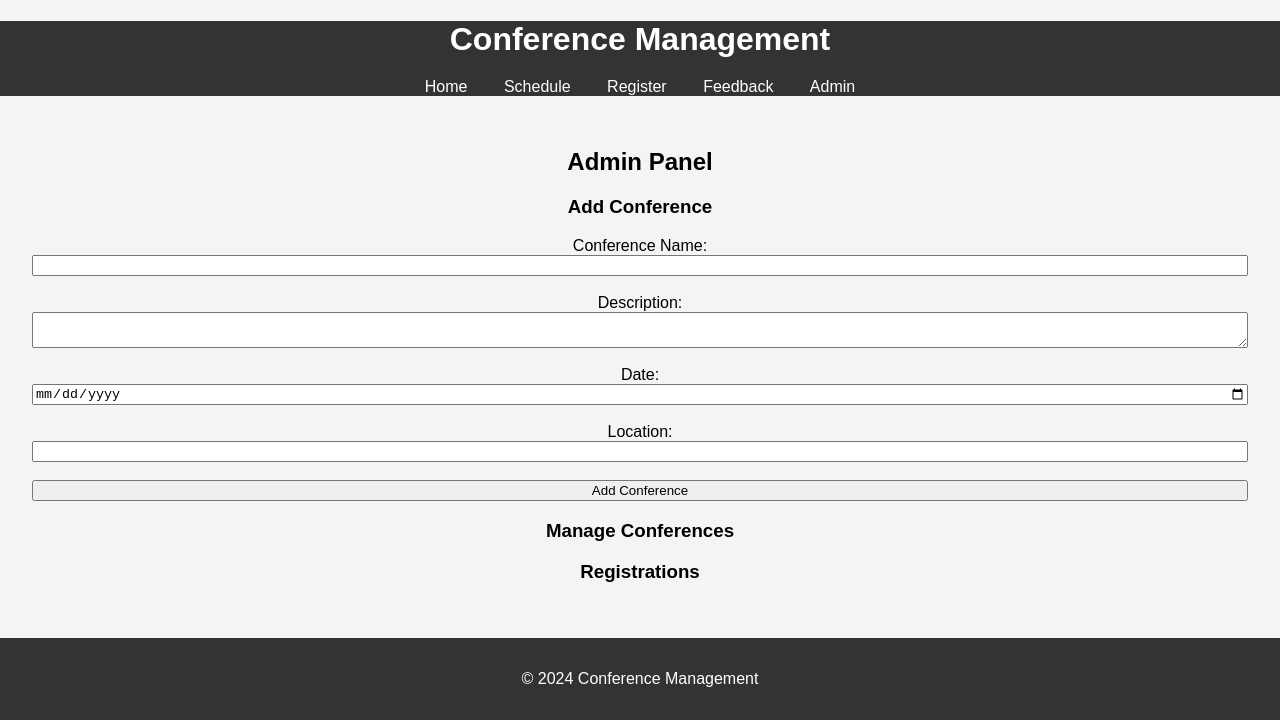
Repository: AMIT1439027/conferenceapp
Page: http://localhost/admin/admin.php
The author's editor kept a copy of each file at every save. The page is drawn from the files as they stood at one save, then again after the next save.
The browser window is 1280 px wide. The pictures show the whole page.
The page is run by PHP 8.4 with error messages shown; the project is at /var/www/html/. Queries for data that is not in the repository find no rows.

Above is the page before, as saved 2024-05-29 14:30:26.

### admin/admin.php
<?php
include 'db_connect.php';

// Handle new conference addition
if ($_SERVER["REQUEST_METHOD"] == "POST" && isset($_POST['add_conference'])) {
    $name = $_POST['name'];
    $description = $_POST['description'];
    $date = $_POST['date'];
    $location = $_POST['location'];

    $stmt = $pdo->prepare("INSERT INTO conferences (name, description, date, location) VALUES (?, ?, ?, ?)");
    $stmt->execute([$name, $description, $date, $location]);

    echo "Conference added successfully!";
}

// Handle conference updates
if ($_SERVER["REQUEST_METHOD"] == "POST" && isset($_POST['update_conference'])) {
    $id = $_POST['id'];
    $name = $_POST['name'];
    $description = $_POST['description'];
    $date = $_POST['date'];
    $location = $_POST['location'];

    $stmt = $pdo->prepare("UPDATE conferences SET name = ?, description = ?, date = ?, location = ? WHERE id = ?");
    $stmt->execute([$name, $description, $date, $location, $id]);

    echo "Conference updated successfully!";
}

// Fetch all conferences
$stmt = $pdo->query("SELECT * FROM conferences");
$conferences = $stmt->fetchAll();

// Fetch all registrations
$stmt_registrations = $pdo->query("
    SELECT r.id, u.username, c.name AS conference_name, r.feedback
    FROM registrations r
    JOIN users u ON r.user_id = u.id
    JOIN conferences c ON r.conference_id = c.id
");
$registrations = $stmt_registrations->fetchAll();
?>

<!DOCTYPE html>
<html lang="en">
<head>
    <meta charset="UTF-8">
    <meta name="viewport" content="width=device-width, initial-scale=1.0">
    <title>Admin</title>
    <link rel="stylesheet" href="styles.css">
</head>
<body>
    <header>
        <h1>Conference Management</h1>
        <nav>
            <a href="index.html">Home</a>
            <a href="schedule.html">Schedule</a>
            <a href="register.html">Register</a>
            <a href="feedback.html">Feedback</a>
            <a href="admin.php">Admin</a>
        </nav>
    </header>
    <main>
        <h2>Admin Panel</h2>

        <!-- Add Conference Form -->
        <h3>Add Conference</h3>
        <form action="admin.php" method="POST">
            <input type="hidden" name="add_conference" value="1">
            <label for="name">Conference Name:</label>
            <input type="text" id="name" name="name" required>
            <br>
            <label for="description">Description:</label>
            <textarea id="description" name="description" required></textarea>
            <br>
            <label for="date">Date:</label>
            <input type="date" id="date" name="date" required>
            <br>
            <label for="location">Location:</label>
            <input type="text" id="location" name="location" required>
            <br>
            <input type="submit" value="Add Conference">
        </form>

        <!-- List of Conferences -->
        <h3>Manage Conferences</h3>
        <ul>
            <?php foreach ($conferences as $conference): ?>
                <li>
                    <form action="admin.php" method="POST" style="display:inline;">
                        <input type="hidden" name="update_conference" value="1">
                        <input type="hidden" name="id" value="<?= $conference['id'] ?>">
                        <input type="text" name="name" value="<?= htmlspecialchars($conference['name']) ?>" required>
                        <input type="text" name="description" value="<?= htmlspecialchars($conference['description']) ?>" required>
                        <input type="date" name="date" value="<?= htmlspecialchars($conference['date']) ?>" required>
                        <input type="text" name="location" value="<?= htmlspecialchars($conference['location']) ?>" required>
                        <input type="submit" value="Update">
                    </form>
                    <form action="delete_conference.php" method="POST" style="display:inline;">
                        <input type="hidden" name="id" value="<?= $conference['id'] ?>">
                        <input type="submit" value="Delete">
                    </form>
                </li>
            <?php endforeach; ?>
        </ul>

        <!-- List of Registrations -->
        <h3>Registrations</h3>
        <ul>
            <?php foreach ($registrations as $registration): ?>
                <li>
                    User: <?= htmlspecialchars($registration['username']) ?> |
                    Conference: <?= htmlspecialchars($registration['conference_name']) ?> |
                    Feedback: <?= htmlspecialchars($registration['feedback']) ?>
                </li>
            <?php endforeach; ?>
        </ul>
    </main>
    <footer>
        <p>&copy; 2024 Conference Management</p>
    </footer>
</body>
</html>

### admin/db_connect.php
<?php
$servername = "localhost";
$username = "root";
$password = "mysql143";
$dbname = "conference_db";

// Create connection
// $conn = new mysqli($servername, $username, $password, $dbname);

// // Check connection
// if ($conn->connect_error) {
//     die("Connection failed: " . $conn->connect_error);
// }
try{
    $pdo = new PDO("mysql:host=$servername;dbname=$dbname", $username, $password );
   $pdo->setAttribute(PDO::ATTR_ERRMODE, PDO::ERRMODE_EXCEPTION);
}
catch(PDOException $e){
   die("connection Failed");
}


?>

### admin/styles.css

body {
    font-family: Arial, sans-serif;
    background-color: #f4f4f4;
    margin: 0;
    padding: 0;
}
header{
    background-color: #333333;
    color: #fff;
    padding: 1 em 0;
    text-align: center;

}

nav a{
    color: #fff;
    margin: 0 1rem;
    text-decoration: none;
}

main{
    padding: 2em;
    text-align: center;
}

footer{
    background-color: #333;
    color:#fff;
    padding: 1em 0;
    text-align: center;
    position: fixed;
    bottom: 0;
    width: 100%;
}



.container {
    width: 80%;
    margin: 0 auto;
    padding: 20px;
    background-color: #fff;
    box-shadow: 0 0 10px rgba(0, 0, 0, 0.1);
}

h1 {
    text-align: center;
    margin-bottom: 20px;
}

.table {
    width: 100%;
    margin-bottom: 20px;
    border-collapse: collapse;
}

.table th, .table td {
    border: 1px solid #ddd;
    padding: 8px;
}

.table th {
    background-color: #f2f2f2;
    text-align: left;
}

.food-item {
    border: 1px solid #ddd;
    padding: 10px;
    margin-bottom: 20px;
    text-align: center;
}

.food-item img {
    max-width: 100%;
    height: auto;
}

.form-group {
    margin-bottom: 15px;
}

.form-group label {
    display: block;
    margin-bottom: 5px;
}

.form-group input, .form-group textarea, .form-group select {
    width: 100%;
    padding: 8px;
    box-sizing: border-box;
}

.btn {
    display: inline-block;
    padding: 10px 15px;
    color: #fff;
    background-color: #007BFF;
    text-decoration: none;
    border-radius: 4px;
    margin-right: 10px;
    transition: background-color 0.3s;
}

.btn:hover {
    background-color: #0056b3;
}

.form-container {
    max-width: 400px;
    margin: 0 auto;
    padding: 20px;
    background-color: #fff;
    box-shadow: 0 0 10px rgba(0, 0, 0, 0.1);
}

form {
    display: flex;
    flex-direction: column;
}

button {
    padding: 10px 15px;
    color: #fff;
    background-color: #007BFF;
    border: none;
    cursor: pointer;
    border-radius: 4px;
    transition: background-color 0.3s;
}

button:hover {
    background-color: #0056b3;
}

input[type="number"] {
    width: 50px;
}

After the next save:
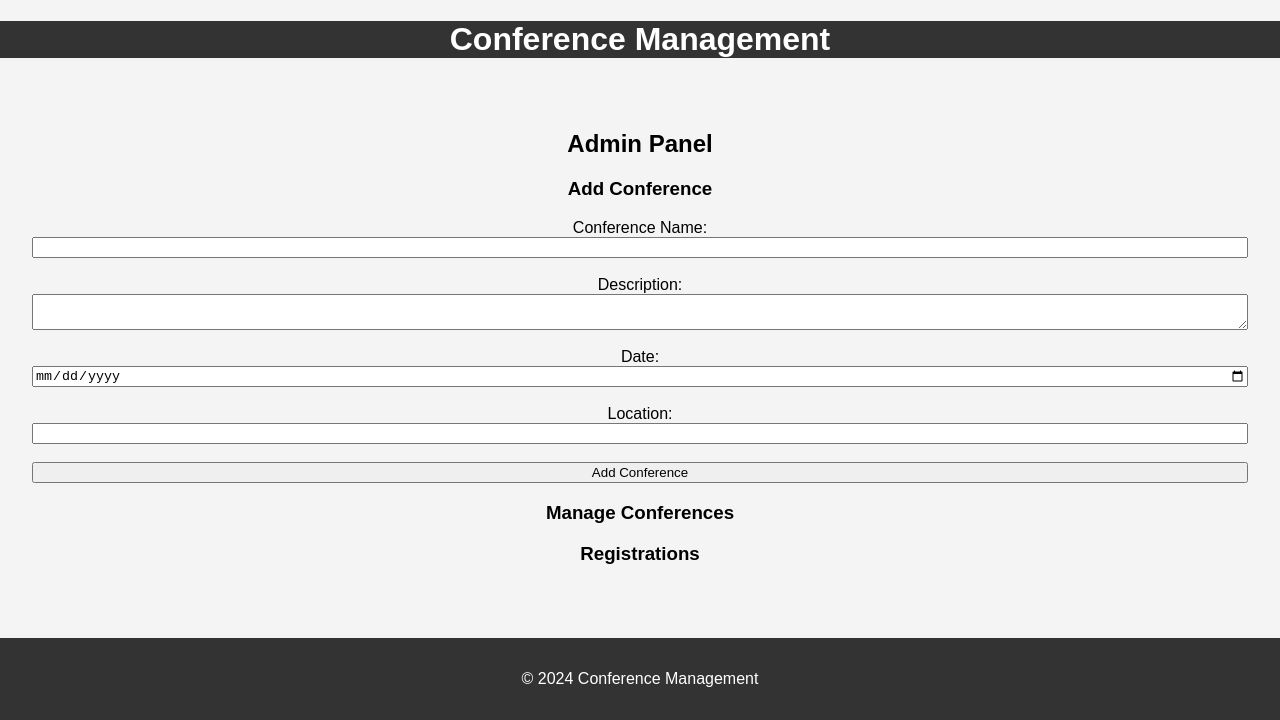
Saved 34 s later.
--- a/admin/admin.php
+++ b/admin/admin.php
@@ -53,13 +53,13 @@ $registrations = $stmt_registrations->fetchAll();
 <body>
     <header>
         <h1>Conference Management</h1>
-        <nav>
+        <!-- <nav>
             <a href="index.html">Home</a>
             <a href="schedule.html">Schedule</a>
             <a href="register.html">Register</a>
             <a href="feedback.html">Feedback</a>
             <a href="admin.php">Admin</a>
-        </nav>
+        </nav> -->
     </header>
     <main>
         <h2>Admin Panel</h2>
